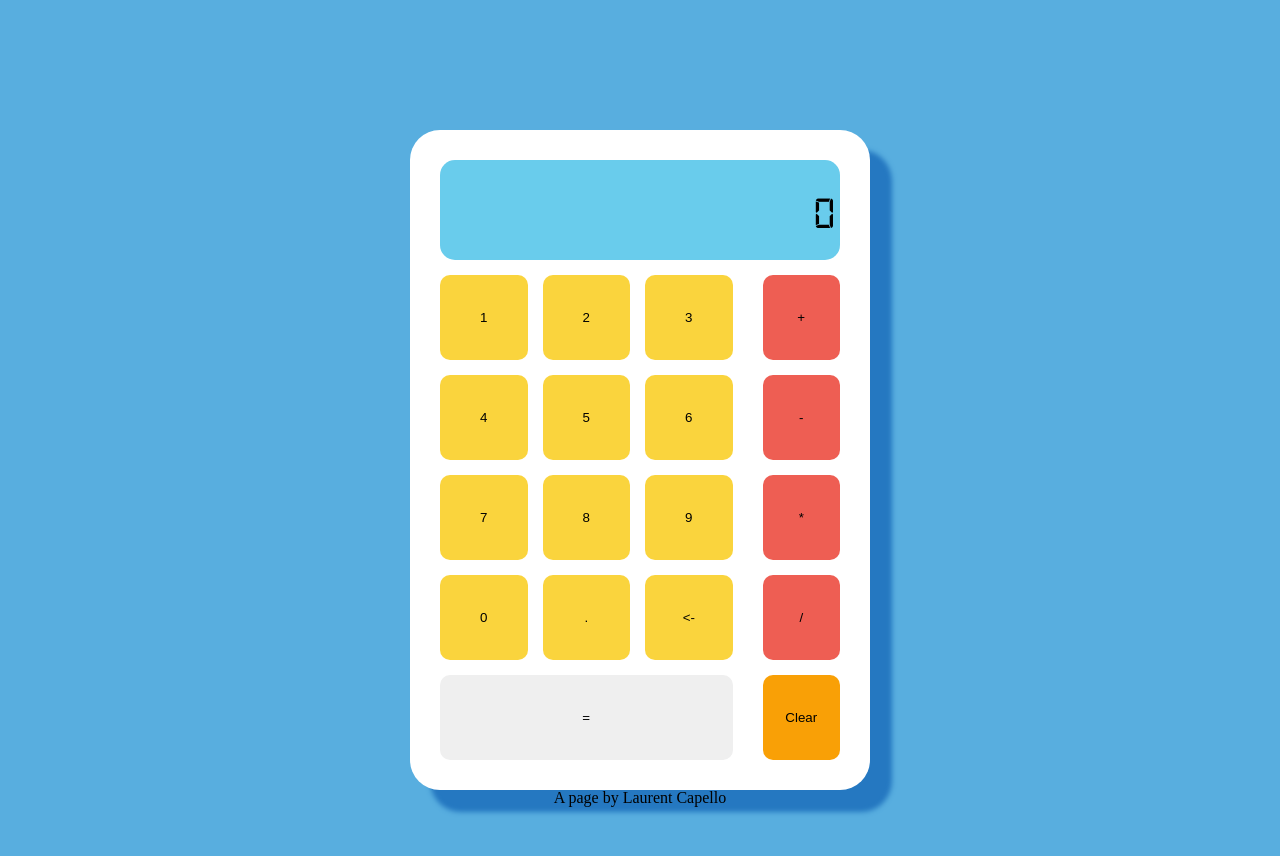
Repository: sokafootball/js-calculator
Page: index.html
An editor plug-in stored every save of this project. The page is shown before and after the next save, followed by the edit.
The browser window is 1280 px wide. The pictures show the whole page.

Above is the page before, as saved 2020-05-06 20:31:33.

After the next save:
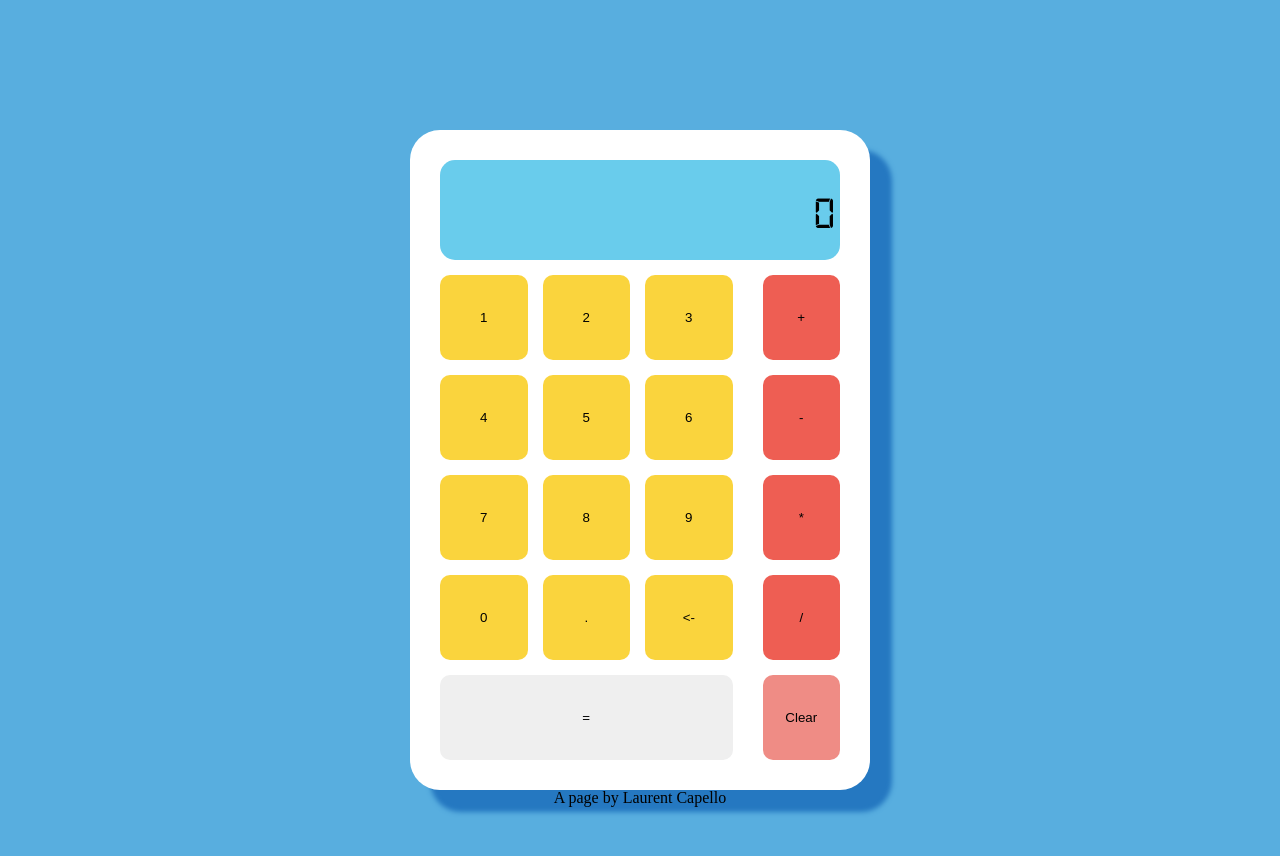
Saved 47 s later.
--- a/style.css
+++ b/style.css
@@ -23,7 +23,7 @@
 
 
 #backspace{
-  background-color: hsl(4, 77%, 73%);
+  background-color:
 }
 
 #calculator{
@@ -58,7 +58,8 @@
 }
 
 #clear-button{
-  background-color: hsl(38, 95%, 50%);
+  background-color: hsl(4, 77%, 73%);
+
 }
 
 #display{

After the save that followed:
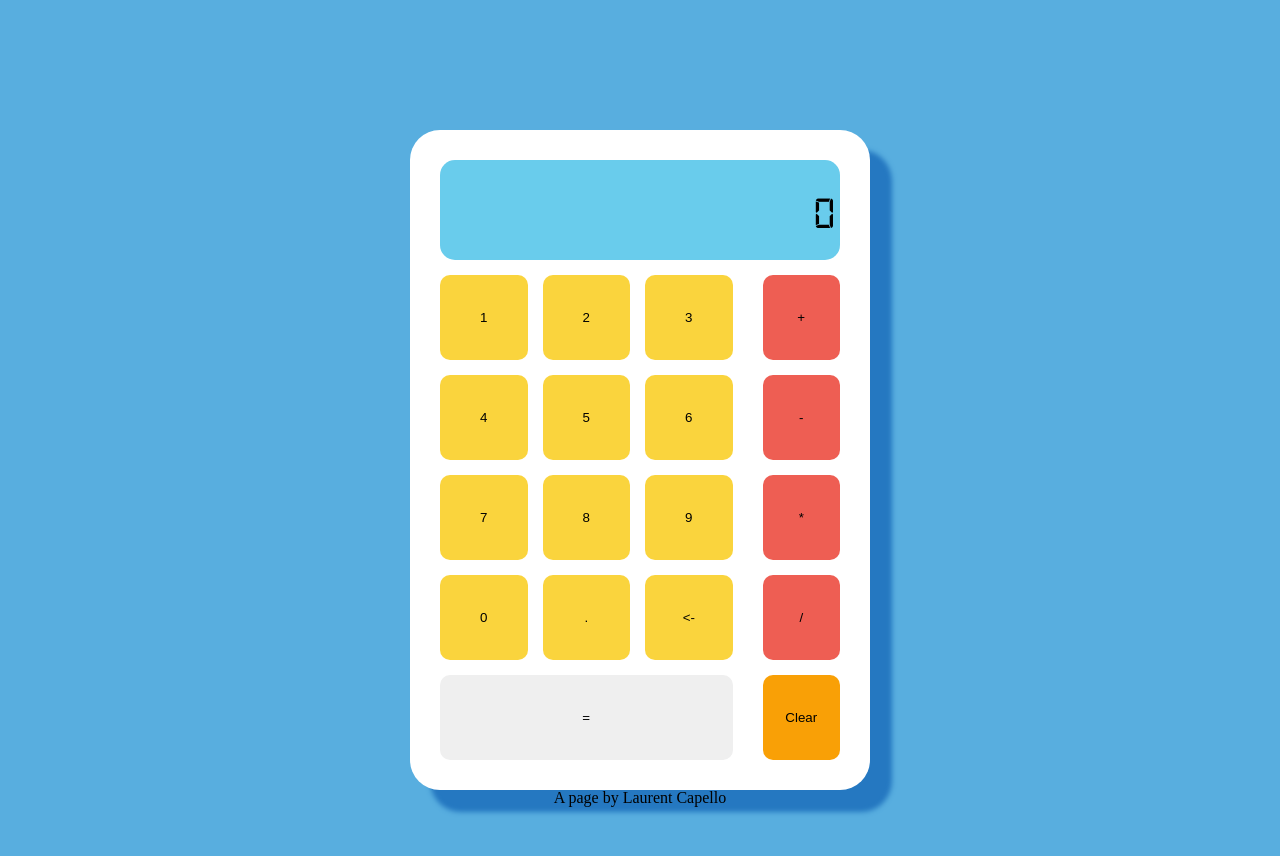
Saved 11 s later.
--- a/style.css
+++ b/style.css
@@ -23,7 +23,7 @@
 
 
 #backspace{
-  background-color:
+  background-color: hsl(38, 95%, 50%);
 }
 
 #calculator{
@@ -58,8 +58,8 @@
 }
 
 #clear-button{
-  background-color: hsl(4, 77%, 73%);
-
+  background-color: hsl(38, 95%, 50%);
+  hsl(4, 77%, 73%);
 }
 
 #display{
